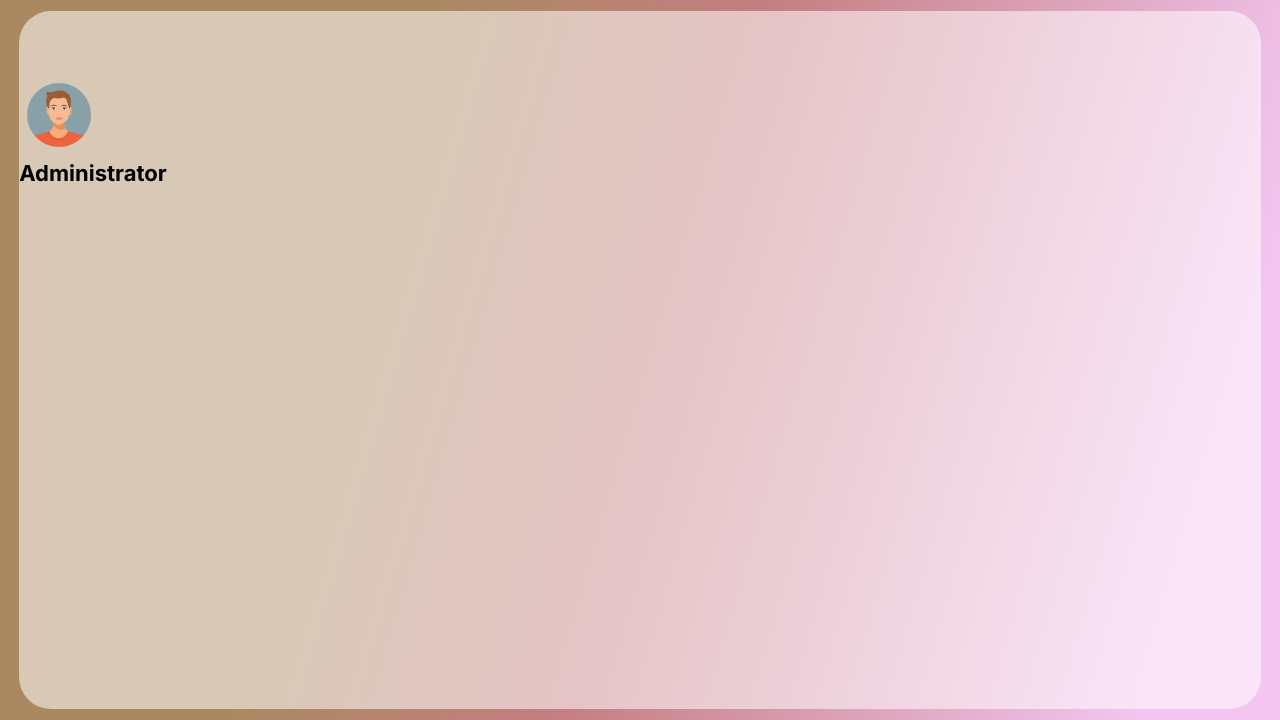
Repository: Zeeohn/react-admin-dash1
Page: /
These files come from the project's save history. The page is drawn as it stood at one moment and after the next save; the edit follows.
The browser window is 1280 px wide. The pictures show the whole page.
The project was rebuilt for these pictures with package versions that can differ from the ones it lists, and the page was loaded fresh each time.

Above is the page before, as saved 2022-05-20 11:53:31.

### public/index.html
<!DOCTYPE html>
<html lang="en">
  <head>
    <meta charset="utf-8" />
    <meta name="viewport" content="width=device-width, initial-scale=1" />
    <meta name="theme-color" content="#000000" />
    <meta
      name="description"
      content="Web site created using create-react-app"
    />
    <link rel="preconnect" href="https://fonts.googleapis.com" />
    <link rel="preconnect" href="https://fonts.gstatic.com" crossorigin />
    <link
      href="https://fonts.googleapis.com/css2?family=Inter:wght@400;500;700&family=Poppins:ital,wght@0,100;0,200;0,300;0,400;0,500;0,600;0,700;0,800;0,900;1,100;1,200;1,300;1,400;1,500;1,600;1,700;1,800;1,900&display=swap"
      rel="stylesheet"
    />

    <style>
      body {
        margin: 0;
      }
    </style>
    <!--
      manifest.json provides metadata used when your web app is installed on a
      user's mobile device or desktop. See https://developers.google.com/web/fundamentals/web-app-manifest/
    -->
    <!--
      Notice the use of %PUBLIC_URL% in the tags above.
      It will be replaced with the URL of the `public` folder during the build.
      Only files inside the `public` folder can be referenced from the HTML.

      Unlike "/favicon.ico" or "favicon.ico", "%PUBLIC_URL%/favicon.ico" will
      work correctly both with client-side routing and a non-root public URL.
      Learn how to configure a non-root public URL by running `npm run build`.
    -->
    <title>React App</title>
  </head>
  <body>
    <noscript>You need to enable JavaScript to run this app.</noscript>
    <div id="root"></div>
    <!--
      This HTML file is a template.
      If you open it directly in the browser, you will see an empty page.

      You can add webfonts, meta tags, or analytics to this file.
      The build step will place the bundled scripts into the <body> tag.

      To begin the development, run `npm start` or `yarn start`.
      To create a production bundle, use `npm run build` or `yarn build`.
    -->
  </body>
</html>

### src/index.js
import React from 'react';
import ReactDOM from 'react-dom/client';
import App from './App';

const root = ReactDOM.createRoot(document.getElementById('root'));
root.render(
  <App />
)

// If you want to start measuring performance in your app, pass a function
// to log results (for example: reportWebVitals(console.log))
// or send to an analytics endpoint. Learn more: https://bit.ly/CRA-vitals

### src/App.js
import "./App.css";
import Sidebar from "./components/sidebar/Sidebar.jsx";

function App() {
  return (
    <div className="App">
      <div className="AppGlass">
        <Sidebar />
        <div></div>
        <div></div>
      </div>
    </div>
  );
}

export default App;

### src/App.css
:root {
  --yellow: linear-gradient(180deg, #f8d49a -146.42%, #fad79d -46.42%);
  --orange: #fca61f;
  --black: #242d49;
  --gray: #788097;
  --purple: linear-gradient(180deg, #bb67ff 0%, #c484f3 100%);
  --pink: #ff919d;
  --glass: rgba(255, 255, 255, 0.54);
  --boxShadow: 0px 19px 60px rgb(0 0 0 / 8%);
  --smboxShadow: -79px 51px 60px rgba(0, 0, 0, 0.08);
  --activeItem: #f799a354;
}

.App {
  background: linear-gradient(
    106.37deg,
    #aa8960 29.63%,
    #c57e81 51.55%,
    #f3c6f1 90.85%
  );
  height: 100vh;
  display: flex;
  justify-content: center;
  align-items: center;
  font-family: "Inter", sans-serif;
}

.AppGlass {
  display: grid;
  height: 97%;
  width: 97%;
  border-radius: 2rem;
  background-color: var(--glass);
  overflow: hidden;
  grid-template-columns: 11rem auto 23rem;
}

### src/components/sidebar/Sidebar.jsx
import React from "react";
import "./Sidebar.css";
import Placeholder from "../../imgs/placeholder.png";

const Sidebar = () => {
  return (
    <div className="Sidebar">
      {/*logo*/}
      <div className="logo">
        <img src={Placeholder} alt="Admin placeholder" />
        <span>
          Admin<span>istrator</span>
        </span>
      </div>
    </div>
  );
};

export default Sidebar;

### src/components/sidebar/Sidebar.css
.Sidebar {
  display: flex;
  flex-direction: column;
  position: relative;
  padding-top: 4rem;
  transition: all 300ms ease;
}

.logo {
  display: block;
  height: 5rem;
  font-weight: bold;
  font-size: 22px;
  gap: 1rem;
  align-items: center;
  justify-content: center;
  height: 2%;
}

.logo > img {
  width: 5rem;
  height: 5rem;
}

After the next save:
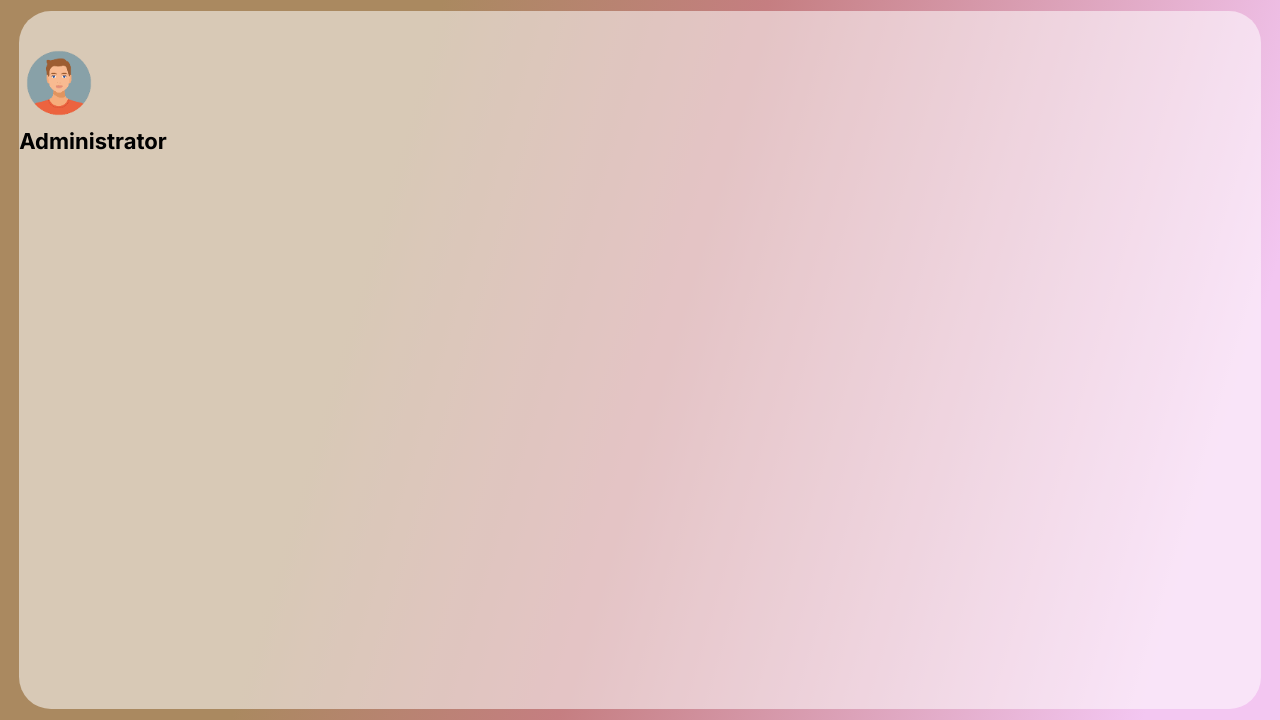
Saved 19 s later.
--- a/src/components/sidebar/Sidebar.css
+++ b/src/components/sidebar/Sidebar.css
@@ -2,7 +2,7 @@
   display: flex;
   flex-direction: column;
   position: relative;
-  padding-top: 4rem;
+  padding-top: 2rem;
   transition: all 300ms ease;
 }
 
